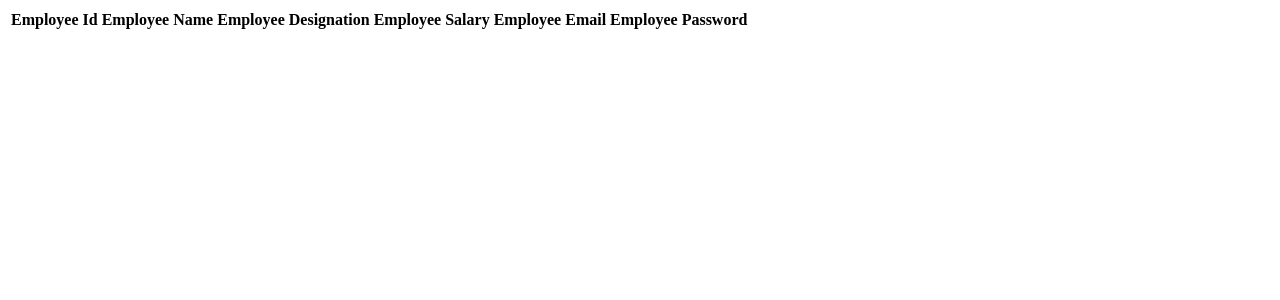
Repository: mohanraj2593/Spring
Page: http://localhost/Crud3/showEmployee.jsp
An editor plug-in stored every save of this project. The page is shown before and after the next save, followed by the edit.
The browser window is 1280 px wide. The pictures show the whole page.
The page is served by Tomcat 10. Other server files are loaded and not shown.

Above is the page before, as saved 2024-10-18 17:52:26.

### Crud3/src/main/webapp/showEmployee.jsp
<%@ page language="java" contentType="text/html; charset=UTF-8"
    pageEncoding="UTF-8"%>
<!DOCTYPE html>
<html>
<head>
<meta charset="UTF-8">
<title>Insert title here</title>
</head>
<body>
<table>
<tr>
<th>Employee Id</th>
<th>Employee Name</th>
<th>Employee Designation</th>
<th>Employee Salary</th>
<th>Employee Email</th>
<th>Employee Password</th>
</tr>
<tr>
<td></td>
<td></td>
<td></td>
<td></td>
<td></td>
<td></td>
</tr>
</table>
</body>
</html>

After the next save:
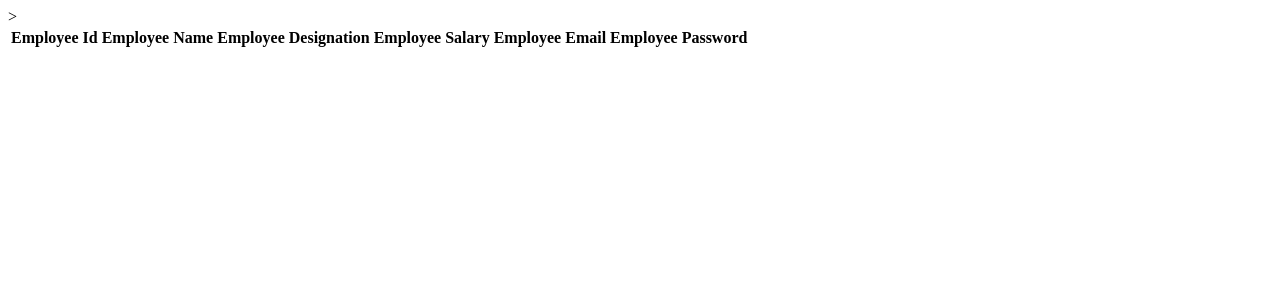
Saved 3 min 29 s later.
--- a/Crud3/src/main/webapp/showEmployee.jsp
+++ b/Crud3/src/main/webapp/showEmployee.jsp
@@ -1,5 +1,7 @@
 <%@ page language="java" contentType="text/html; charset=UTF-8"
     pageEncoding="UTF-8"%>
+    <%@ page import="java.util.ArrayList" %>
+    <%@ page import="com.tap.acad.model.employee" %>
 <!DOCTYPE html>
 <html>
 <head>
@@ -16,6 +18,7 @@
 <th>Employee Email</th>
 <th>Employee Password</th>
 </tr>
+<%!ArrayList<employee> empList; %>>
 <tr>
 <td></td>
 <td></td>
